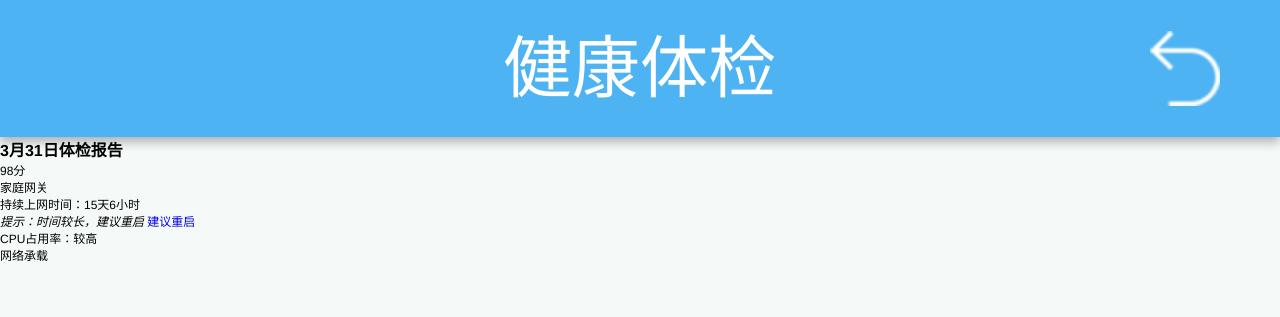
Repository: wangbiaozy/8.24
Page: index_health.html
The author's editor kept a copy of each file at every save. The page is drawn from the files as they stood at one save, then again after the next save.
The browser window is 1280 px wide. The pictures show the whole page.

Above is the page before, as saved 2018-08-23 20:24:30.

After the next save:
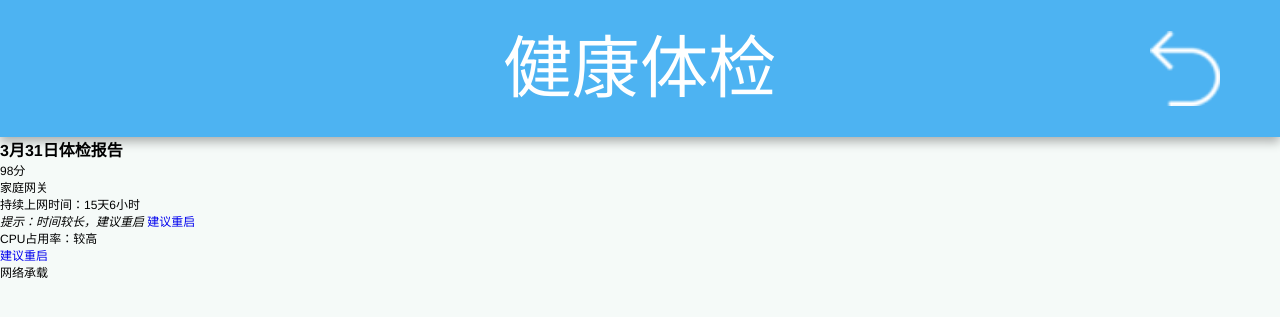
Saved 7 s later.
--- a/index_health.html
+++ b/index_health.html
@@ -35,6 +35,7 @@
             </li>
             <li>
                 <p>CPU占用率：<span>较高</span></p>
+                <a href="javascript:void(0)">建议重启</a>
             </li>
         </ul>
         <div class="title">
